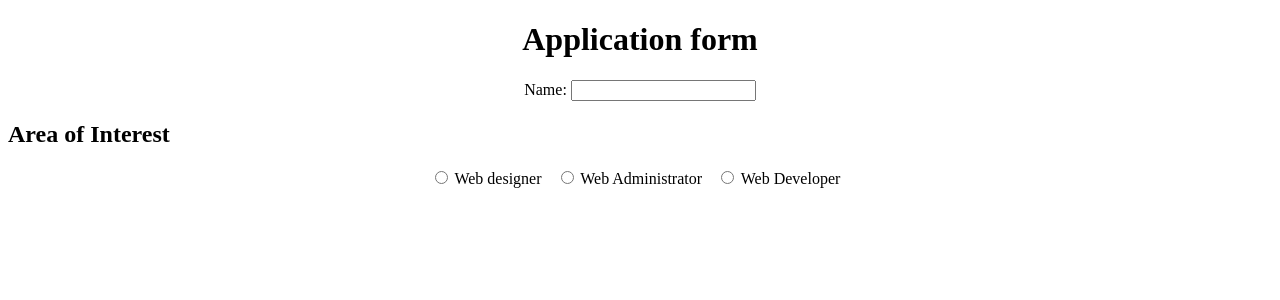
Repository: thanhp6868/ltWeb
Page: 2709_3.html
An editor plug-in stored every save of this project. The page is shown before and after the next save, followed by the edit.
The browser window is 1280 px wide. The pictures show the whole page.

Above is the page before, as saved 2023-09-27 14:51:39.

### 2709_3.html
<!DOCTYPE html>
<html lang="en">

<head>
    <meta charset="UTF-8">
    <meta name="viewport" content="width=device-width, initial-scale=1.0">
    <title>bai 3</title>
</head>

<body>

    <center><b>
            <h1>Application form</h1>
        </b></center>
    <div align=center>
        <div>
            <label>Name: </label>
            <input type="label" value="">
        </div>
        <h2 align = left> Area of Interest</h2>
        <input type="radio" id="choice1" name="choice" value="option1">
        <label for="choice1" style="padding-right: 10px;">Web designer</label>
        <input type="radio" id="choice1" name="choice" value="option1">
        <label for="choice1"style="padding-right: 10px;">Web Administrator</label>
        <input type="radio" id="choice1" name="choice" value="option1">
        <label for="choice1"style="padding-right: 10px;">Web Developer</label>


    </div>

</body>

</html>

After the next save:
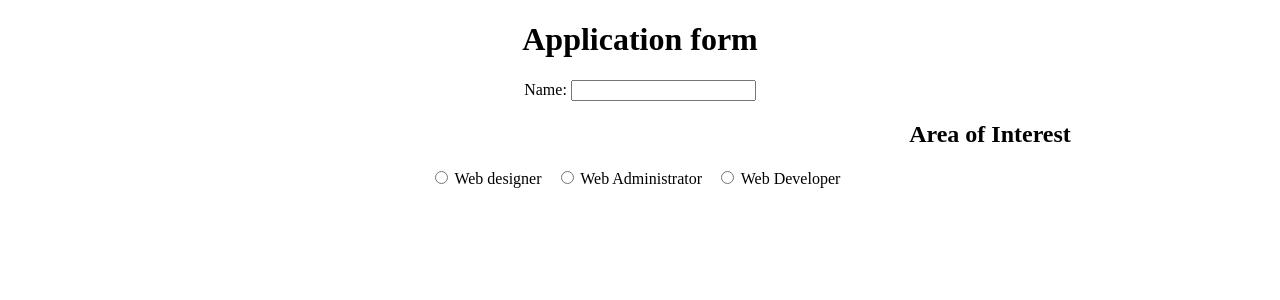
Saved 51 s later.
--- a/2709_3.html
+++ b/2709_3.html
@@ -17,7 +17,7 @@
             <label>Name: </label>
             <input type="label" value="">
         </div>
-        <h2 align = left> Area of Interest</h2>
+        <h2 style="margin-left: 700px;"> Area of Interest</h2>
         <input type="radio" id="choice1" name="choice" value="option1">
         <label for="choice1" style="padding-right: 10px;">Web designer</label>
         <input type="radio" id="choice1" name="choice" value="option1">
